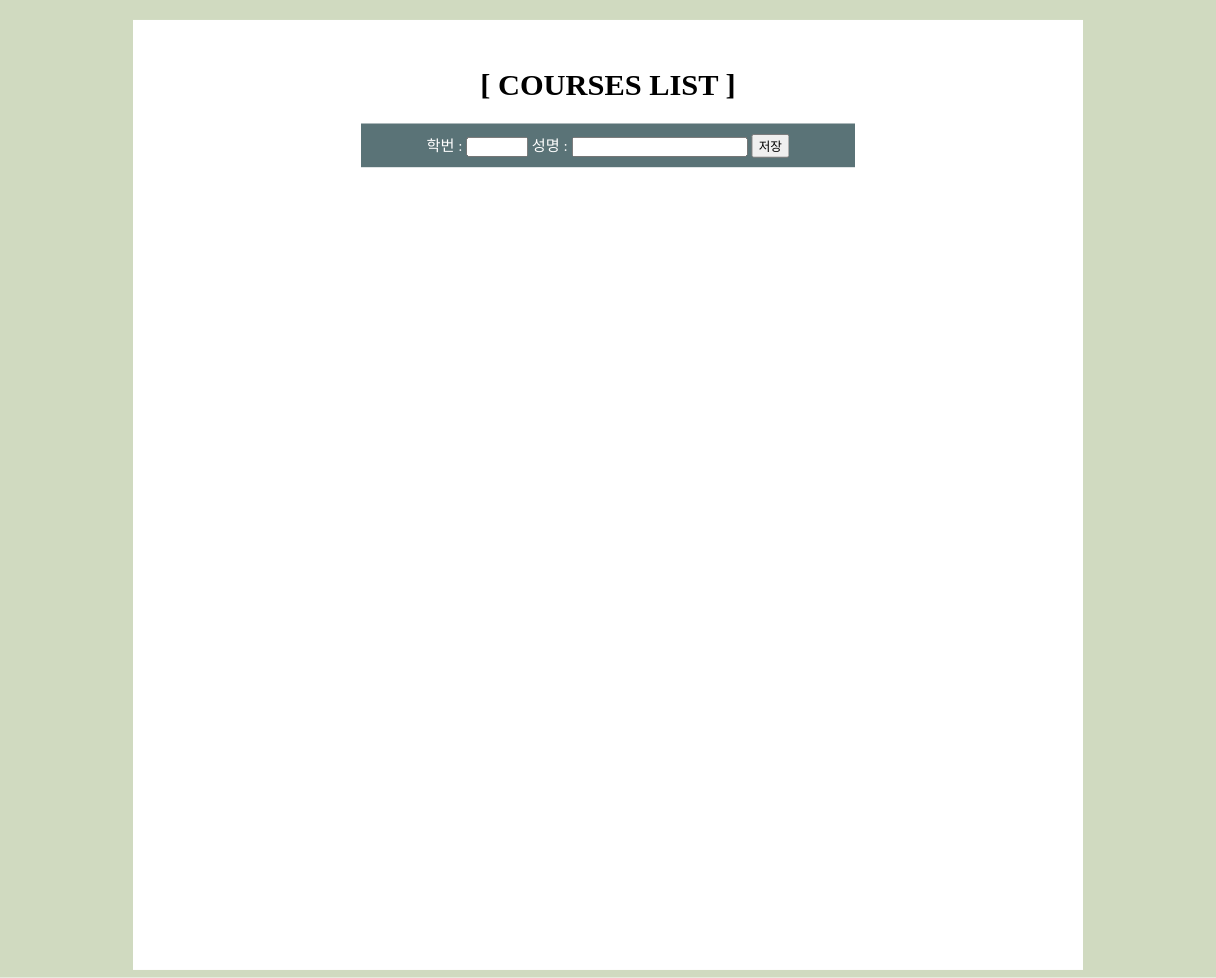
Repository: eeul07/html
Page: ex0508/WebContent/clist.html
The author's editor kept a copy of each file at every save. The page is drawn from the files as they stood at one save, then again after the next save.
The browser window is 1280 px wide. The pictures show the whole page, at 95% of full size.
Some web libraries are served in a nearby version.

Above is the page before, as saved 2020-05-08 07:10:29.

After the next save:
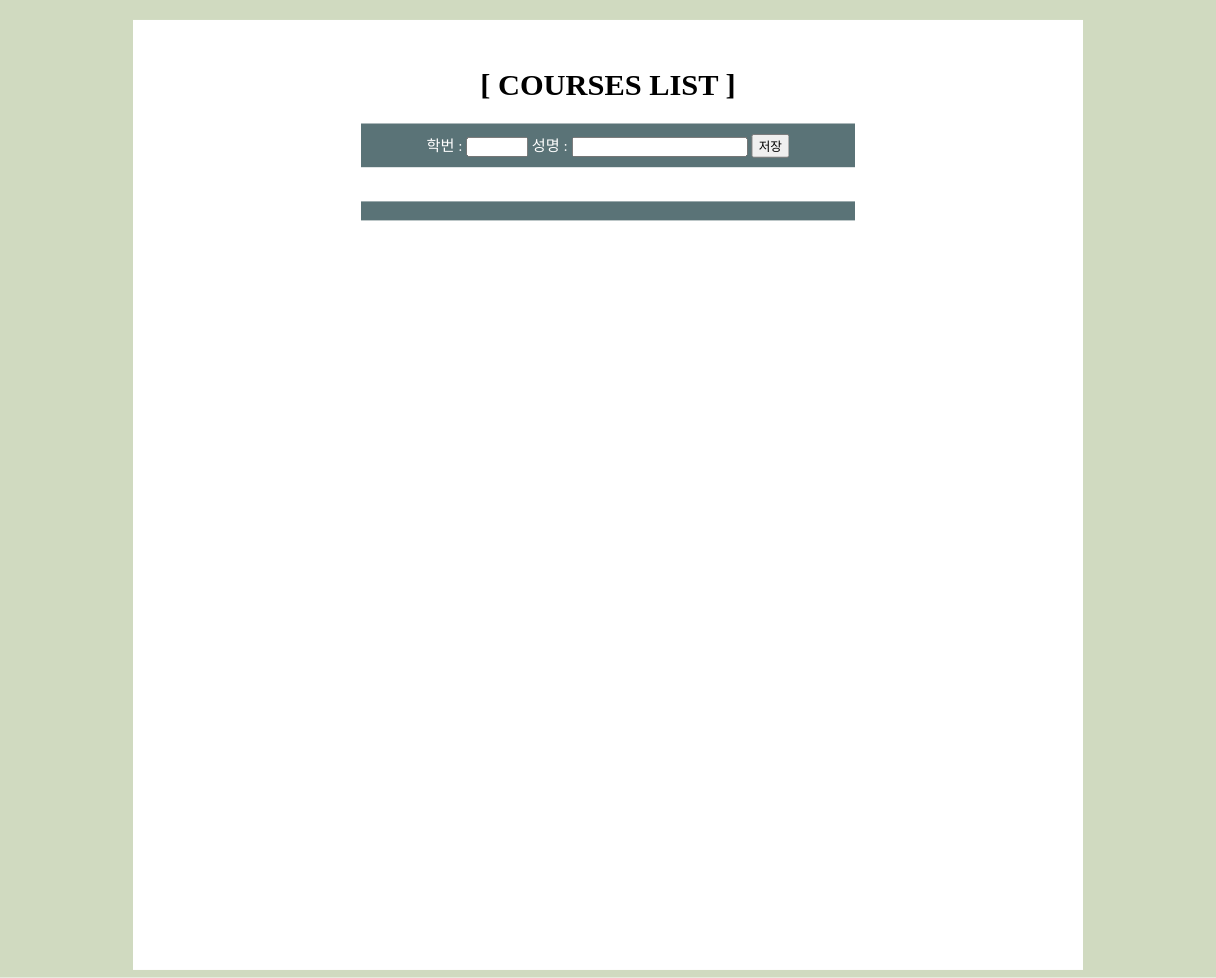
Saved 32 s later.
--- a/ex0508/WebContent/clist.html
+++ b/ex0508/WebContent/clist.html
@@ -10,7 +10,7 @@
 		#page{background:white; width:1000px; height:1000px; margin:auto;}
 		h1{text-align:center; padding-top:50px;}
 		select{height:23px;}
-		#insert{background:#5A7377; color:white; width:500px; padding:10px; margin:auto;
+		#insert, #info{background:#5A7377; color:white; width:500px; padding:10px; margin:auto;
 				text-align:center;}
 		#tbl, #tbl1{margin:auto; width:520px; border:3px solid #74476A; text-align:center;
 			border-collapse:collapse;}
@@ -70,7 +70,7 @@
 					alert("수강신청한 학생이 없습니다.");
 					getList();
 				}else{
-					$("#info").html("강좌번호 : " + lcode + "  |  수강신청인원 : " + data.cnt);
+					$("#info").html("강좌번호 : " + lcode + " | 수강신청인원 : " + data.cnt);
 					var temp=Handlebars.compile($("#temp1").html());
 			         $("#tbl1").html(temp(data));
 			         $("#tbl1").show();
